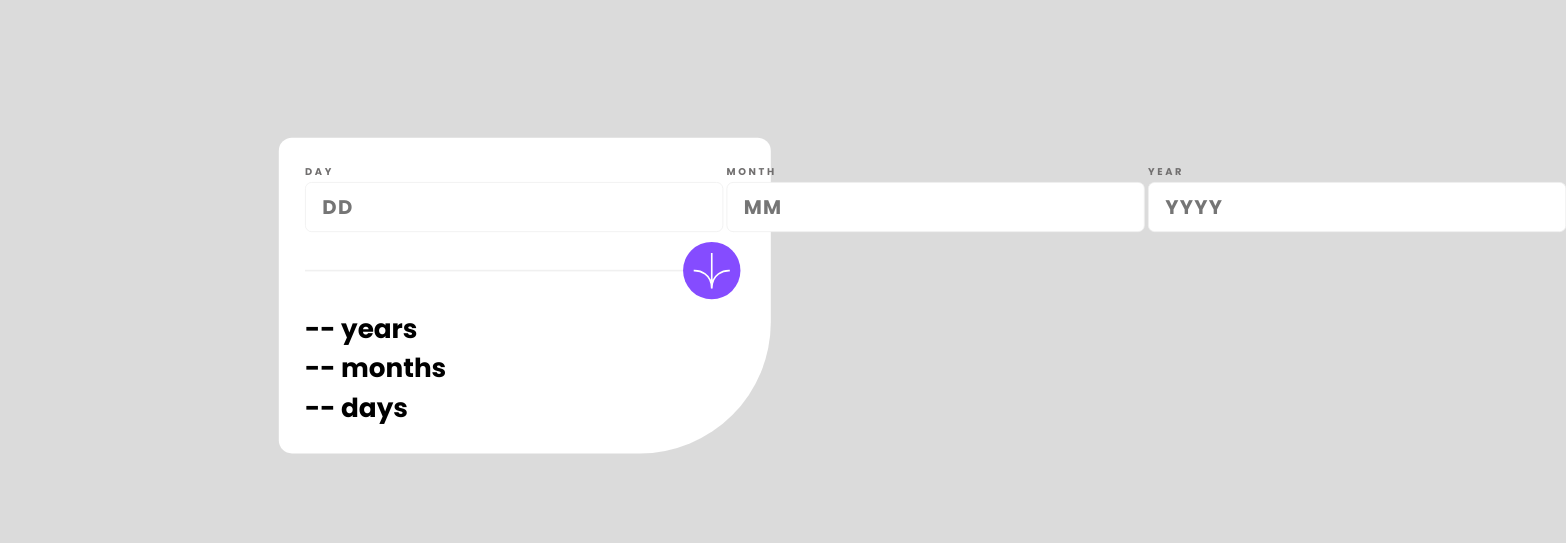
Repository: blordeus/age-calculator-app
Page: /
An editor plug-in stored every save of this project. The page is shown before and after the next save, followed by the edit.
The browser window is 1280 px wide. The page is 1910 px wide, so the pictures cover 1910 px, including what lies to the right of the window. The pictures show the whole page, at 82% of full size.
The project was rebuilt for these pictures with package versions that can differ from the ones it lists, and the page was loaded fresh each time.

Above is the page before, as saved 2023-08-23 15:52:02.

### src/App.js
 import { useState } from "react";
 import "./style.css";

 import arrowIcon from './images/icon-arrow.svg'

const App = () => {
  const [formData, setFormData] = useState({
    day: "",
    month: "",
    year: "",
  });

  const [formErrors, setFormErrors] = useState({
    day: "",
    month: "",
    year: "",
    generic: "",
  });

  const [output, setOutput] = useState({
    days: "",
    months: "",
    years: "",
  });

  const hasErrors = formErrors.day || formErrors.month || formErrors.year || formErrors.generic;

  return (
    <div className="card-container">
      <div className="inputs-container">
      <div className="input-label-container">
        <label htmlFor="day" style={{
          color: hasErrors ? "hsl(0,100%,67%)" : "hsl(0,1%,44%)",
        }}>Day</label>
        <input
        type="number"
        id="day"
        placeholder="DD"
        min={1}
        value={formData.day}
        style={{
          border: hasErrors
          ? '1px solid hsl(0,100%,67%)'
          : '1px solid hsl(0,0%,94%)'
        }}
        onChange={(e) =>
        setFormData((prevState) =>
        ({...prevState,
          day:e.target.value}))}
        />
        {formErrors.day && <p className="error">{formErrors.day}</p>}
      </div>

      <div className="input-label-container">
        <label htmlFor="month" style={{
          color: hasErrors ? "hsl(0,100%,67%)" : "hsl(0,1%,44%)",
        }}>Month</label>
        <input
        type="number"
        id="day"
        placeholder="MM"
        min={1}
        value={formData.month}
        style={{
          border: hasErrors
          ? '1px solid hsl(0,100%,67%)'
          : '1px solid hsl(0,0%,94%)'
        }}
        onChange={(e) =>
        setFormData((prevState) =>
        ({...prevState,
          month:e.target.value}))}
        />
        {formErrors.month && <p className="error">{formErrors.month}</p>}
      </div>

      <div className="input-label-container">
        <label htmlFor="year" style={{
          color: hasErrors ? "hsl(0,100%,67%)" : "hsl(0,1%,44%)",
        }}>Year</label>
        <input
        type="number"
        id="year"
        placeholder="YYYY"
        min={1}
        value={formData.year}
        style={{
          border: hasErrors
          ? '1px solid hsl(0,100%,67%)'
          : '1px solid hsl(0,0%,94%)'
        }}
        onChange={(e) =>
        setFormData((prevState) =>
        ({...prevState,
          year:e.target.value}))}
        />
        {formErrors.year && <p className="error">{formErrors.year}</p>}
      </div>
    </div>

    {formErrors.generic && (
      <p className="error generic">{formErrors.generic}</p>
    )}

<div className="divider-container">
  <div className="divider"></div>

  <button className="btn" onClick={() => null}>
    <img src={arrowIcon} alt="arrowIcon" />
  </button>
</div>

<div className="output-container">
  <h1>
    <span className="highlighted">
    {output.years === "" ? '--' : output.years}{" "}
    </span>
    {output.years === 1 ? 'year' : "years"}
    </h1>

    <h1>
    <span className="highlighted">
    {output.months === "" ? '--' : output.months}{" "}
    </span>
    {output.months === 1 ? 'month' : "months"}
    </h1>

    <h1>
    <span className="highlighted">
    {output.days === "" ? '--' : output.days}{" "}
    </span>
    {output.days === 1 ? 'day' : "days"}
    </h1>
</div>
    </div>
  );
};

export default App;

### src/style.css
@import url("https://fonts.googleapis.com/css2?family=Poppins:ital,wght@0,700;1,400;1,800&display=swap");

* {
  box-sizing: border-box;
  margin: 0;
  padding: 0;
  font-family: "Poppins", sans-serif;
}

:root {
  --Purple: hsl(259, 100%, 65%);
  --Light-red: hsl(0, 100%, 67%);
  --White: hsl(0, 0%, 100%);
  --Off-white: hsl(0, 0%, 94%);
  --Light-grey: hsl(0, 0%, 86%);
  --Smokey-grey: hsl(0, 1%, 44%);
  --Off-black: hsl(0, 0%, 8%);
}

body {
  background-color: var(--Light-grey);
  min-height: 100vh;
  display: flex;
  align-items: center;
  justify-content: center;
}

.card-container {
  width: 600px;
  border-radius: 1rem 1rem 10rem 1rem;
  background-color: var(--White);
  padding: 2rem;
  max-width: 90vw;
  margin-top: 1rem;
  margin-bottom: 1rem;
}

.inputs-container {
  display: flex;
  gap: 0.25rem;
}

.input-label-container {
  display: flex;
  flex-direction: column;
  gap: 0.25rem;
  flex: 1;
}

.input-label-container label {
  text-transform: uppercase;
  font-size: 0.75rem;
  letter-spacing: 0.2rem;
}

.input-label-container input {
  width: 130opx;
  padding: 0.75rem 1rem 0.75rem 1.25rem;
  font-size: 1.5rem;
  color: var(--Off-black);
  border-radius: 0.5rem;
  outline: none;
  letter-spacing: 0.1rem;
}

.error {
  color: var(--Light-red);
  font-weight: 400;
  font-style: italic;
  margin-top: 0.25rem;
  letter-spacing: 0.1rem;
  font-size: 0.75rem;
}

.error.generic {
  margin-top: 0.5rem;
}

.divider-container {
  display: flex;
  align-items: center;
  margin-top: 0.75rem;
  margin-bottom: 0.75rem;
}

.divider {
  height: 2px;
  background-color: var(--Off-white);
  width: 86%;
}

.btn {
  width: 70px;
  height: 70px;
  border-radius: 50%;
  background-color: var(--Purple);
  border:none;
  cursor: pointer;
  display: flex;
  align-items: center;
  justify-content: center;
}

.btn:hover {
  background-color: var(--Off-Black);
}

.output-container h1

Loaded but not shown: src/index.js (common file)

After the next save:
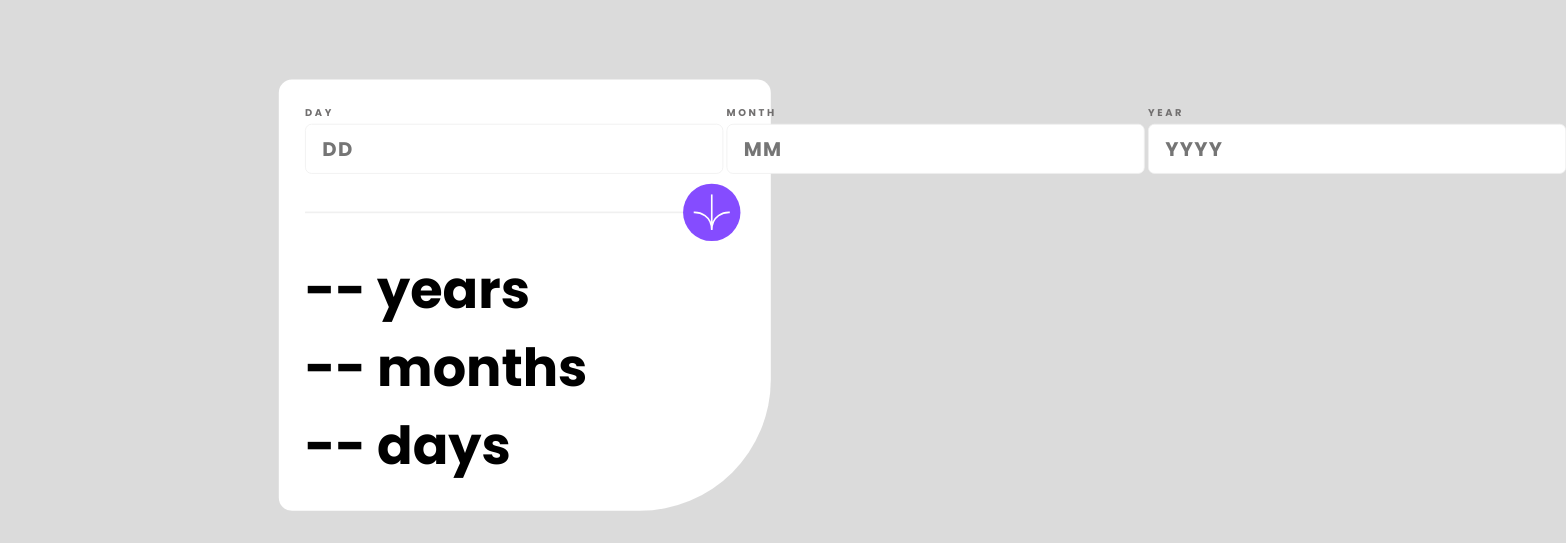
Saved 8 s later.
--- a/src/style.css
+++ b/src/style.css
@@ -105,4 +105,7 @@ body {
   background-color: var(--Off-Black);
 }
 
-.output-container h1
+.output-container h1 {
+  font-size: 4rem;
+  f
+}
